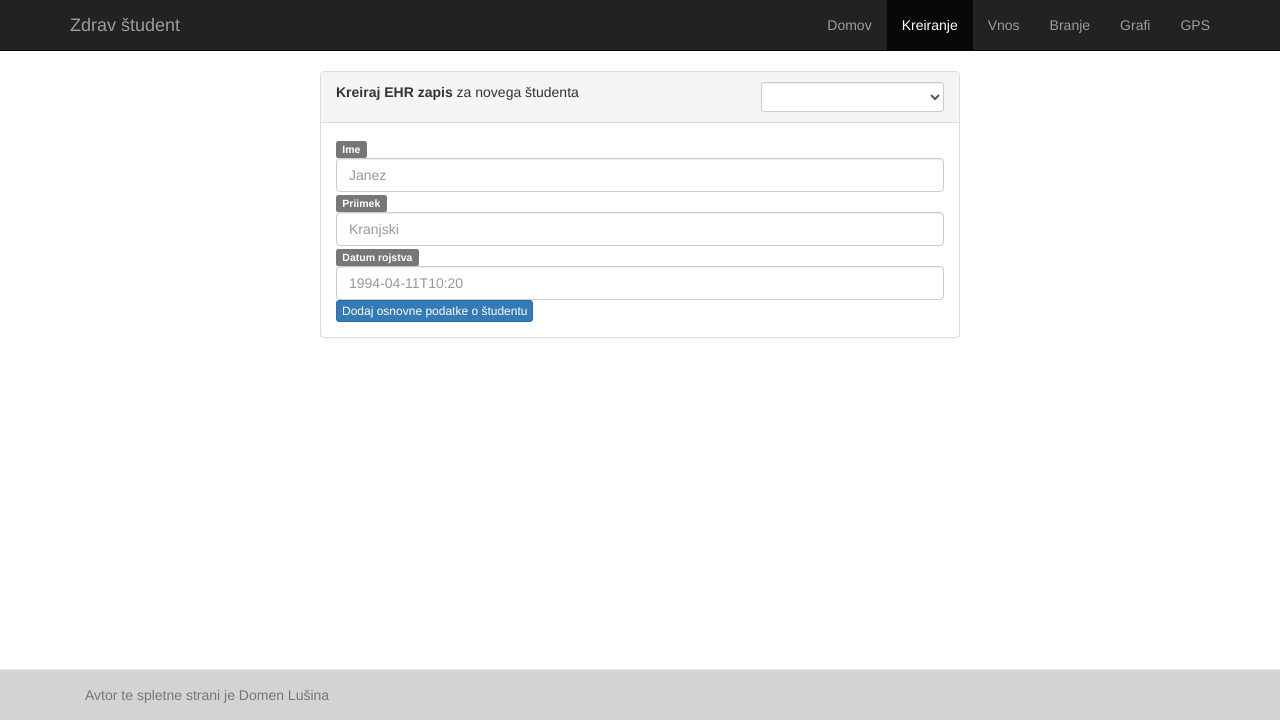
Repository: dl4184/ois-dn4
Page: kreiranje.html
The author's editor kept a record of every edit. The page is drawn from the files as they stood at one moment, then again after the next edit.
The browser window is 1280 px wide. The pictures show the whole page.
Some web libraries are served in a nearby version.

Above is the page before.
Console error: SyntaxError: Unexpected token '['
Not found: css/styles.css

### kreiranje.html
    <!DOCTYPE html>
    <html>
            <head>
                    <title>WebApp ois</title>
                    <meta charset="utf-8">
                    <meta name="viewport" content="width=device-width, initial-scale=1.0">
                    <script src = "http://ajax.googleapis.com/ajax/libs/jquery/2.1.0/jquery.min.js"></script>
                    <script src = "js/bootstrap.js"></script>
                    <link href = "css/bootstrap.min.css" rel = "stylesheet">
                    <link href = "css/styles.css" rel = "stylesheet">
                    <script src="demo.js"></script>
            </head>
            <body>

                    <div class = "navbar navbar-inverse navbar-static-top">
                            <div class = "container">

                                    <a href = "index.html" class = "navbar-brand">Zdrav študent</a>

                                    <button class = "navbar-toggle" data-toggle = "collapse" data-target = ".navHeaderCollapse">
                                            <span class = "icon-bar"></span>
                                            <span class = "icon-bar"></span>
                                            <span class = "icon-bar"></span>
                                    </button>

                                    <div class = "collapse navbar-collapse navHeaderCollapse">

                                            <ul class = "nav navbar-nav navbar-right">

                                                    <li><a href = "index.html">Domov</a></li>
                                                    <li class = "active"><a href = "kreiranje.html">Kreiranje</a></li>
                                                    <li><a href = "vnos.html">Vnos</a></li>
                                                    <li><a href = "branje.html">Branje</a></li>
													<li><a href = "grafi.html">Grafi</a></li>
													<li><a href = "gps.html">GPS</a></li>

                                            </ul>

                                    </div>

                            </div>
                    </div>

                            <div class="panel panel-default" style="width: 50%;margin: 0 auto">
                                <div class="panel-heading">
                                    <div class="row">
                                        <div class="col-lg-8 col-md-8 col-sm-8"><b>Kreiraj EHR zapis</b> za novega študenta</div>
                                        <div class="col-lg-4 col-md-4 col-sm-4"><select class="form-control input-sm" id="preberiPredlogoBolnika"><option value=""></option></select></div>
                                    </div>
                                </div>
                                <div class="panel-body">
                                    <span class="label label-default">Ime</span><input id="kreirajIme" type="text" class="form-control input-mini" placeholder="Janez">
                                    <span class="label label-default">Priimek</span><input id="kreirajPriimek" type="text" class="form-control" placeholder="Kranjski">
                                    <span class="label label-default">Datum rojstva</span><input id="kreirajDatumRojstva" type="text" class="form-control" placeholder="1994-04-11T10:20">
                                    <button type="button" class="btn btn-primary btn-xs" onclick="kreirajEHRzaBolnika()">Dodaj osnovne podatke o študentu</button><span id="kreirajSporocilo"></span>
                                </div>
                            </div>





					 <div class = "navbar navbar-default navbar-fixed-bottom" style="background-color:lightgray">

                        <div class = "container">
                                <p class = "navbar-text pull-left">Avtor te spletne strani je Domen Lušina</p>
                        </div>

					</div>



            </body>
    </html>

Loaded but not shown: js/bootstrap.js (library); css/bootstrap.min.css (library); demo.js (505 lines, source omitted)

After the next edit:
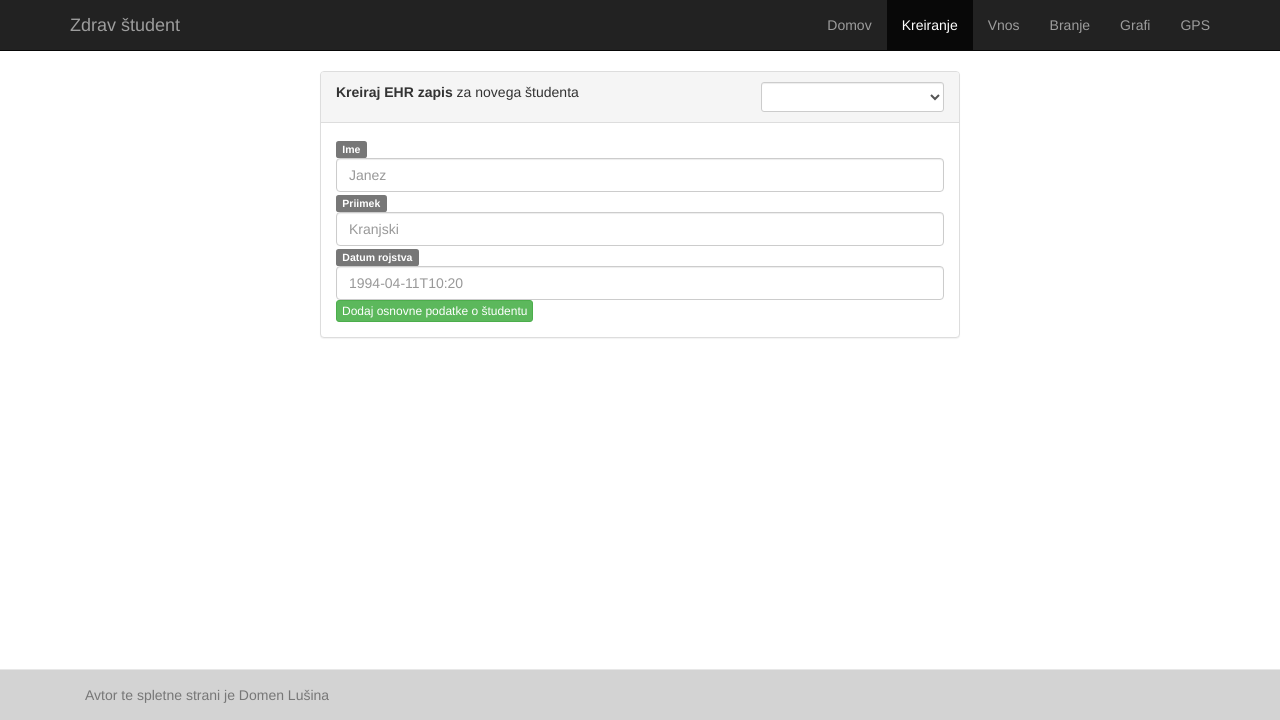
The edit:
--- a/kreiranje.html
+++ b/kreiranje.html
@@ -52,7 +52,7 @@
                                     <span class="label label-default">Ime</span><input id="kreirajIme" type="text" class="form-control input-mini" placeholder="Janez">
                                     <span class="label label-default">Priimek</span><input id="kreirajPriimek" type="text" class="form-control" placeholder="Kranjski">
                                     <span class="label label-default">Datum rojstva</span><input id="kreirajDatumRojstva" type="text" class="form-control" placeholder="1994-04-11T10:20">
-                                    <button type="button" class="btn btn-primary btn-xs" onclick="kreirajEHRzaBolnika()">Dodaj osnovne podatke o študentu</button><span id="kreirajSporocilo"></span>
+                                    <button type="button" class="btn btn-success btn-xs" onclick="kreirajEHRzaBolnika()">Dodaj osnovne podatke o študentu</button><span id="kreirajSporocilo"></span>
                                 </div>
                             </div>
 
